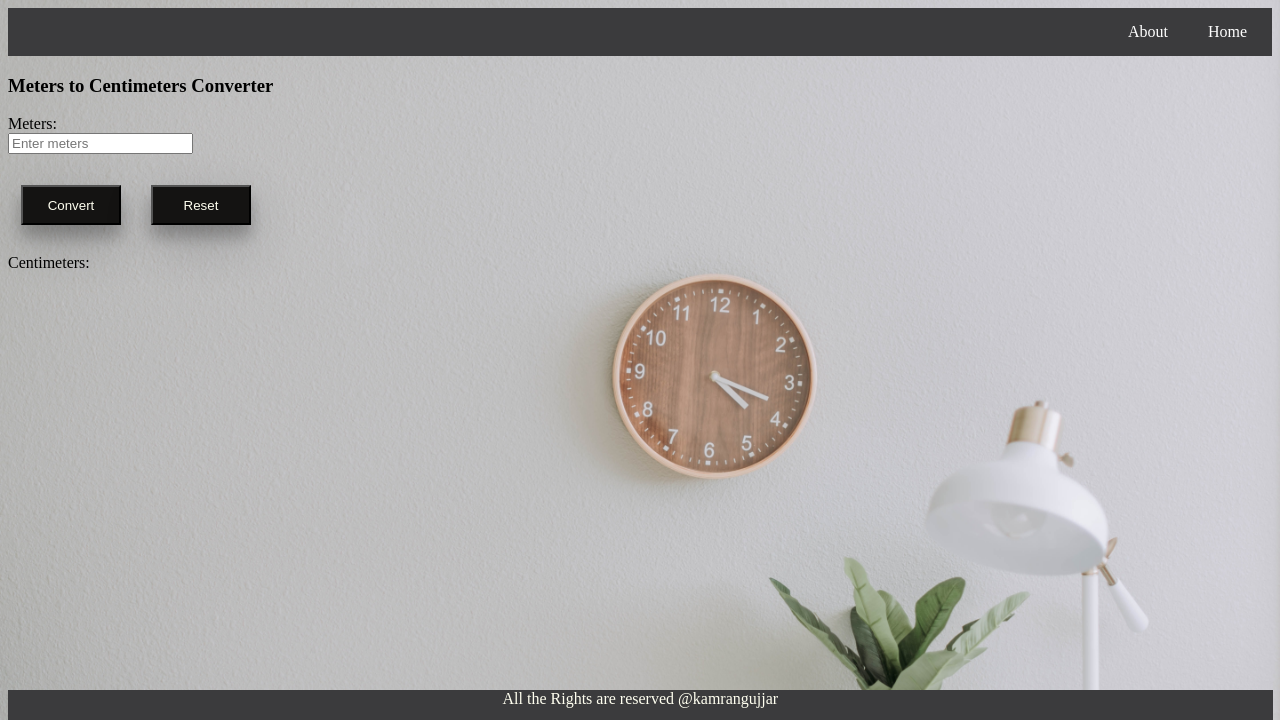
Repository: Kamrangujjar85112/Length-Converter
Page: html/m_cm.html
These files come from the project's save history. The page is drawn as it stood at one moment and after the next save; the edit follows.
The browser window is 1280 px wide. The pictures show the whole page.

Above is the page before, as saved 2022-01-21 22:52:33.

After the next save:
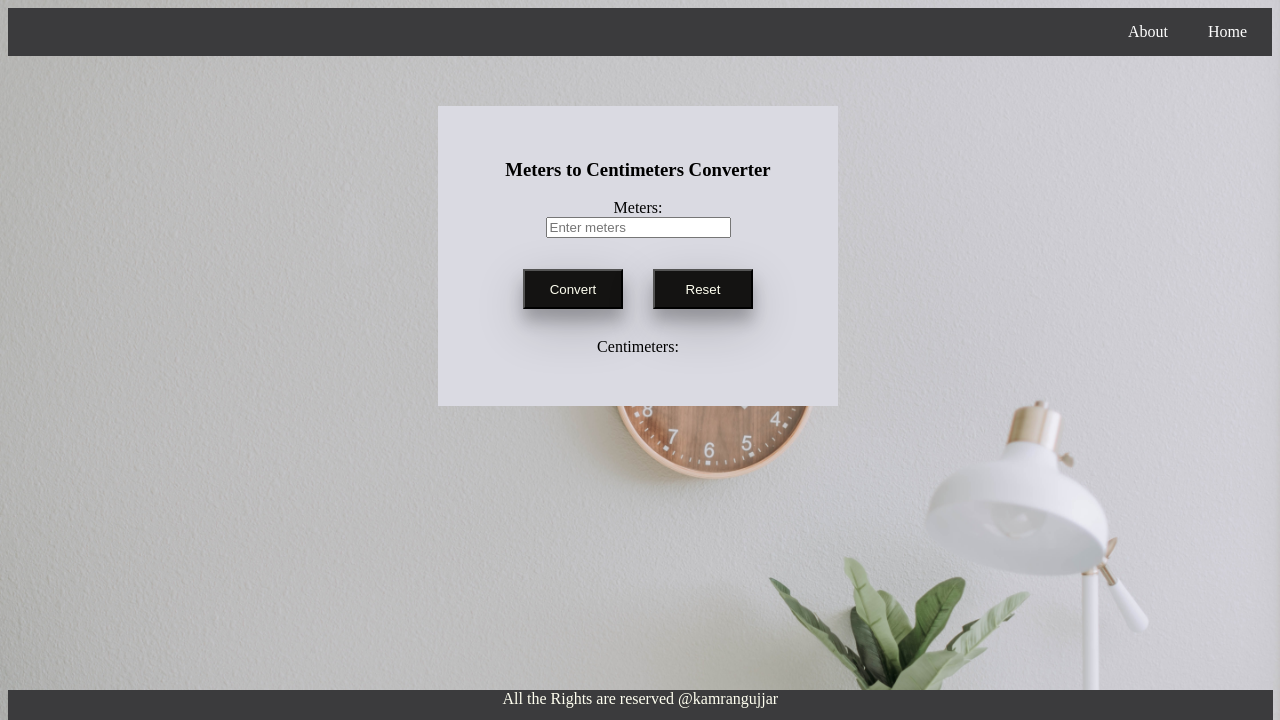
Saved 15 s later.
--- a/html/m_cm.html
+++ b/html/m_cm.html
@@ -18,14 +18,16 @@
                 </ul>
             </nav>
         </div>
-        <div class="box">
-            <h3>Meters to Centimeters Converter</h3>
+        <div class="flex-container">
+            <div>
+                <h3>Meters to Centimeters Converter</h3>
 
             <label>Meters:</label><br>
             <input type="number" id="metersToCentimeters" placeholder="Enter meters" value=""><br><br>
             <button id="convert">Convert</button>
             <input type="reset" value="Reset" id="reset"><br>
             <p>Centimeters: <span id="mToCm"></span></p>
+            </div>
 
     </div>
             <footer class="footer">
